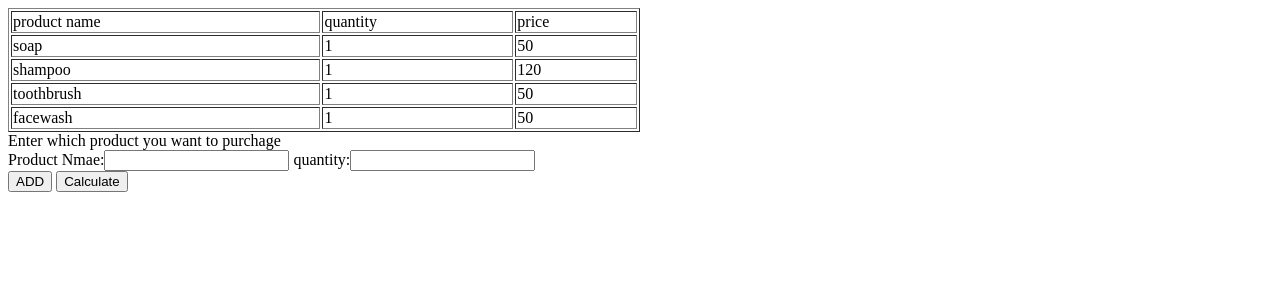
Repository: suryapattnayak/javascript
Page: Invoice/WebContent/product.html
An editor plug-in stored every save of this project. The page is shown before and after the next save, followed by the edit.
The browser window is 1280 px wide. The pictures show the whole page.

Above is the page before, as saved 2019-09-06 10:53:23.

After the next save:
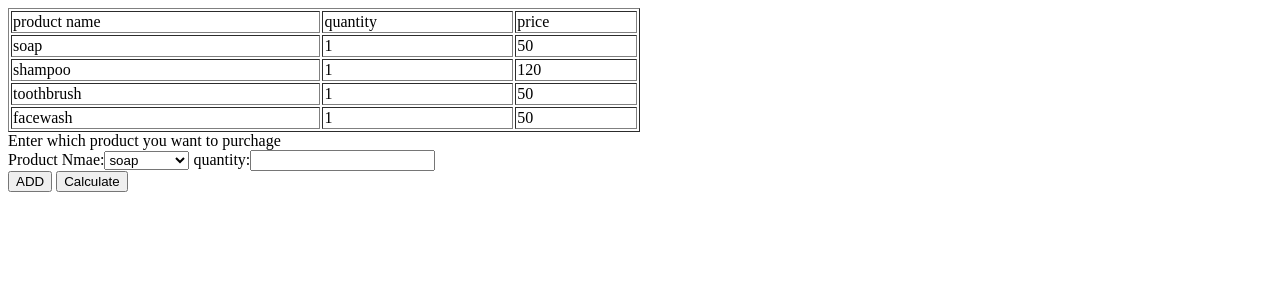
Saved 5 min 37 s later.
--- a/Invoice/WebContent/product.html
+++ b/Invoice/WebContent/product.html
@@ -16,7 +16,12 @@
 Enter which product you want to purchage
 
 <form action="CalculatorService" method="post">
-Product Nmae:<input type="text" name="pname" value="">
+Product Nmae:<select>
+  <option value="soap">soap</option>
+  <option value="shampoo">shampoo</option>
+  <option value="toothbrush">toothbrush</option>
+  <option value="facewash">facewash</option>
+</select>
 quantity:<input type="text" name="qty" value=""><br>
 <input type="submit" name="AddtoCart" value="ADD">
 <input type="submit" name="Calc" value="Calculate">
